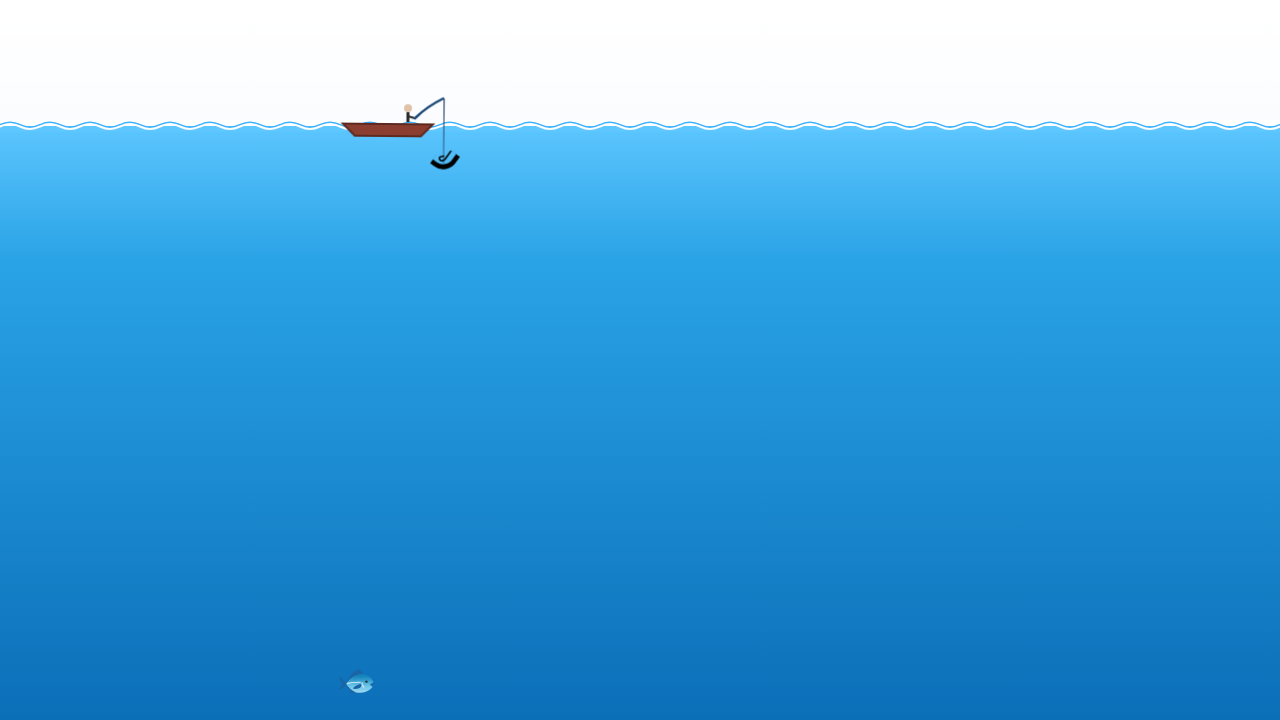
Repository: DeepFriedTurkey441/fd_game_project
Page: index.html
The author's editor kept a copy of each file at every save. The page is drawn from the files as they stood at one save, then again after the next save.
The browser window is 1280 px wide. The pictures show the whole page.

Above is the page before, as saved 2025-09-22 14:25:22.

### index.html
<!DOCTYPE html>
<html lang="en">
<head>
  <meta charset="UTF-8">
  <title>Fish Dodge</title>
  <link rel="stylesheet" href="style.css">
</head>
<body>
  <div id="game">
    <div id="air" aria-hidden="true"></div>
    <div id="waterline" aria-hidden="true"></div>
    <div class="boat" aria-label="small fishing boat" title="Fishing boat" style="left: 26vw;">
      <svg viewBox="0 0 120 60" xmlns="http://www.w3.org/2000/svg" aria-hidden="true">
        <!-- hull -->
        <path d="M10 40 L100 40 L88 52 L22 52 Z" fill="#8b3e2f" stroke="#5e291f" stroke-width="2"/>
        <!-- fisherman (simple) -->
        <circle cx="75" cy="24" r="4" fill="#e0c2a8"/>
        <path d="M75 28 L75 38" stroke="#2b2b2b" stroke-width="3"/>
        <path d="M75 32 L82 34" stroke="#2b2b2b" stroke-width="2"/>
        <!-- fishing rod (angled out over water) -->
        <path d="M82 34 Q 94 22 110 14" stroke="#1f4b7a" stroke-width="2.5" fill="none" stroke-linecap="round"/>
      </svg>
      <div class="line" aria-hidden="true"></div>
      <svg class="hook" aria-hidden="true" viewBox="0 0 24 36">
        <!-- J‑shaped hook: black stroke, no fill -->
        <path d="M16 2 V20 C16 30 6 32 5 24" fill="none" stroke="#000" stroke-width="3.2" stroke-linecap="round"/>
        <!-- Barb -->
        <path d="M6 23 L10 18" fill="none" stroke="#000" stroke-width="3" stroke-linecap="round"/>
      </svg>
    </div>
    <div id="fish" aria-label="fish"><span class="sprite" aria-hidden="true">🐟</span></div>
  </div>
  <script src="script.js"></script>
</body>
</html>

### style.css
/* Basic starter styling */
body {
    margin: 0;
    font-family: sans-serif;
    background-color: #0a3454;
    color: #fff;
  }

#game {
    position: relative;
    width: 100vw;
    height: 100vh;
    overflow: hidden;
    background: linear-gradient(#f9fbff 0%, #eaf3ff 16.66%, #5ec7ff 16.66%, #2aa3e6 36%, #0b6fb8 100%);
  }

/* Air overlay (top 1/6) to ensure a whitish sky */
#air {
    position: absolute;
    left: 0; right: 0;
    top: 0;
    /* Extend slightly past the waterline so crests have white behind them */
    height: calc(100vh / 6 + 12px);
    background: linear-gradient(to bottom, rgba(255,255,255,0.98), rgba(255,255,255,0.75));
    z-index: 1;
    pointer-events: none;
  }

/* Waterline at 1/6 of the viewport height from the top */
#waterline {
    position: absolute;
    left: 0; right: 0;
    top: calc(100vh / 6);
    height: 12px;
    z-index: 2;
    pointer-events: none;
    /* Squiggly wave on top of a 2-color band: white above, light blue below */
    background:
      url("data:[embedded picture, 376 characters]") repeat-x center,
      linear-gradient(to bottom, rgba(255,255,255,0.98) 0%, rgba(255,255,255,0.98) 50%, rgba(94,199,255,1) 50%, rgba(94,199,255,1) 100%);
    background-size: 80px 12px, 100% 100%;
  }

/* Boat at surface */
  .boat {
    position: absolute;
    top: calc(100vh / 6 - 34px); /* float a bit higher above ripple */
    width: 120px; height: 60px;
    transform-origin: 50% 50%;
    animation: bob 3.2s ease-in-out infinite;
    z-index: 3; /* above line; fish swims under */
    pointer-events: none;
  }
  .boat svg { width: 100%; height: 100%; display: block; }
  .boat .line {
    position: absolute;
    left: 110px; /* exact rod tip in SVG coords */
    top: 14px;
    width: 2px;
    height: calc(100vh - (100vh / 6)); /* down to bottom */
    background: linear-gradient(to bottom, rgba(30,60,100,0.6), rgba(30,60,100,0.3));
    transform-origin: top;
    z-index: 2; /* between ripple and fish */
  }
  .boat .hook {
    position: absolute;
    left: 104px; /* near line x - half hook width */
    top: 14px;   /* start at rod tip; JS repositions */
    width: 16px; height: 18px;
    border-bottom: 5px solid #000000; /* thicker for visibility */
    border-right: 5px solid #000000;
    border-radius: 0 0 16px 0;
    transform: rotate(35deg);
    z-index: 3;
  }
  .boat .hook .barb {
    position: absolute;
    right: -2px; bottom: 0;
    width: 10px; height: 10px;
    border-right: 5px solid #000000;
    border-bottom: 3px solid transparent;
    transform: rotate(-55deg);
  }

@keyframes bob {
  0%   { transform: translateY(0) rotate(-0.6deg); }
  50%  { transform: translateY(-2px) rotate(0.6deg); }
  100% { transform: translateY(0) rotate(-0.6deg); }
}

#fish {
    position: absolute;
    left: 24px;
    top: 50vh;
    transform: translateY(-50%);
    font-size: 32px;
    line-height: 1;
    user-select: none;
    z-index: 3;
  }
  #fish .sprite { display: inline-block; font-size: 32px; width: 1em; height: 1em; }
  /* Emoji orientation mappings */
  /* Most platforms render 🐟 facing left by default (head on left). */
  #fish .face-left { transform: scaleX(1); }
  #fish .face-right { transform: scaleX(-1); }

### script.js
// Fish movement prototype: slow downward drift, space = up/forward, 3 speeds (←/→)
(function () {
  const fish = document.getElementById('fish');
  const sprite = fish ? fish.querySelector('.sprite') : null;
  const boat = document.querySelector('.boat');
  const lineEl = boat ? boat.querySelector('.line') : null;
  const hookEl = boat ? boat.querySelector('.hook') : null;
  if (!fish) return;

  // Ensure fish faces right
  // using CSS flip on child span; no need to set text here

  const BASE_SPEEDS = [1, 3, 6];
  let speedIndex = 0;
  let dir = 1; // 1 = left→right, -1 = right→left
  let speed = BASE_SPEEDS[speedIndex]; // signed pixels/frame after scaling

  let x = 24;
  let y = window.innerHeight * 0.5;
  let vy = 0;
  let spacePressed = false;
  let paused = false;
  function getFishHalfHeight() {
    try {
      const rect = (sprite || fish).getBoundingClientRect();
      return Math.max(8, (rect.height || 32) / 2);
    } catch (_) {
      return 16; // fallback for early frames
    }
  }

  // Tunables
  function scale() { return Math.max(0.8, Math.min(2.0, window.innerWidth / 1200)); }
  function gravity() { return 0.12 * scale(); } // slow drift downward
  function maxFall() { return 3.0 * scale(); }
  function maxRise() { return -4.0 * scale(); }

  function wrapX(nx) {
    const w = window.innerWidth;
    if (nx > w) return nx - w;
    if (nx < 0) return nx + w;
    return nx;
  }

  function updateSpeed() {
    speed = dir * (BASE_SPEEDS[speedIndex] * scale());
    // Update facing based on direction
    if (sprite) {
      if (dir === 1) {
        sprite.classList.remove('face-left');
        sprite.classList.add('face-right');
      } else {
        sprite.classList.remove('face-right');
        sprite.classList.add('face-left');
      }
    }
  }

  function loop() {
    if (paused) { requestAnimationFrame(loop); return; }
    // Horizontal progress
    x = wrapX(x + speed);

    // Vertical physics
    if (spacePressed) {
      vy = Math.max(maxRise(), vy - 0.45 * scale());
    } else {
      vy = Math.min(maxFall(), vy + gravity());
    }
    // Compute waterline as top at 1/6 viewport height
    const waterlineY = window.innerHeight / 6;
    // Keep the fish's center at least one pixel below the waterline + half its height
    const halfH = getFishHalfHeight();
    const topClamp = Math.max(0, waterlineY + halfH + 1);
    const bottomClamp = window.innerHeight - 40;
    y = Math.max(topClamp, Math.min(bottomClamp, y + vy));

    // Render
    fish.style.left = x + 'px';
    fish.style.top = y + 'px';

    // Simple jig animation for hook: hold near bottom, then hop upward irregularly
    animateHook();

    requestAnimationFrame(loop);
  }

  // --- Fishing line + hook motion ---
  let hookState = { phase: 'drop', targetY: 0, lastChange: 0 };
  function animateHook() {
    if (!lineEl || !hookEl) return;
    const now = performance.now();
    const waterTop = window.innerHeight / 6;
    const bottom = window.innerHeight - 4;
    // Anchor positions at rod tip in page coords
    const boatRect = boat.getBoundingClientRect();
    const rodTip = { x: boatRect.left + 110, y: boatRect.top + 14 };
    if (hookState.phase === 'drop') {
      // Ensure line spans to bottom and hook sits near bottom
      lineEl.style.height = (bottom - rodTip.y) + 'px';
      hookEl.style.left = (rodTip.x - boatRect.left - 8) + 'px';
      hookEl.style.top = (rodTip.y - boatRect.top + (bottom - rodTip.y) - 18) + 'px';
      hookState.phase = 'jig';
      hookState.lastChange = now;
      hookState.targetY = bottom - 30;
      return;
    }
    // Jigging: random small upward hops, then fall back
    const hookRect = hookEl.getBoundingClientRect();
    const hookY = hookRect.top + hookRect.height / 2;
    if (now - hookState.lastChange > 600 + Math.random() * 600) {
      hookState.targetY = Math.max(waterTop + 60, hookY - (30 + Math.random() * 60));
      hookState.lastChange = now;
    }
    // Move toward targetY smoothly
    const dy = (hookState.targetY - hookY) * 0.14;
    const newTop = hookY + dy;
    const maxTop = bottom - 12;
    const clampedTop = Math.min(maxTop, Math.max(waterTop + 40, newTop));
    // Position hook (absolute within boat) using page→boat coordinates
    const newHookTop = clampedTop - hookRect.height / 2;
    hookEl.style.top = (newHookTop - boatRect.top) + 'px';

    // Reel-in effect: simply shorten the line element height to the hook
    const visibleHeight = Math.max(0, (newHookTop + hookRect.height / 2) - rodTip.y);
    lineEl.style.height = visibleHeight + 'px';
  }

  document.addEventListener('keydown', (e) => {
    switch (e.key) {
      case ' ': // surge
        if (!spacePressed) {
          spacePressed = true;
          vy = Math.max(maxRise(), vy - 2.2 * scale());
          fish.style.transform = 'translateY(-50%) scale(1.04) rotate(-3deg)';
        }
        break;
      case 'p':
        paused = !paused;
        break;
      case 'ArrowRight':
        if (dir === 1) {
          // Already moving right: speed up until max
          speedIndex = Math.min(BASE_SPEEDS.length - 1, speedIndex + 1);
        } else {
          // Moving left: step down speed; if already at slowest, flip to right slow
          if (speedIndex > 0) {
            speedIndex -= 1;
          } else {
            dir = 1; // flip direction
            speedIndex = 0; // start at slowest in new direction
          }
        }
        updateSpeed();
        break;
      case 'ArrowLeft':
        if (dir === -1) {
          // Already moving left: speed up until max
          speedIndex = Math.min(BASE_SPEEDS.length - 1, speedIndex + 1);
        } else {
          // Moving right: step down speed; if already at slowest, flip to left slow
          if (speedIndex > 0) {
            speedIndex -= 1;
          } else {
            dir = -1; // flip direction
            speedIndex = 0; // start at slowest in new direction
          }
        }
        updateSpeed();
        break;
    }
  });
  document.addEventListener('keyup', (e) => {
    if (e.key === ' ') {
      spacePressed = false;
      fish.style.transform = 'translateY(-50%)';
    }
  });

  window.addEventListener('resize', () => {
    x = Math.min(x, window.innerWidth - 40);
    // Re-apply clamp relative to new waterline and fish size
    const waterlineY = window.innerHeight / 6;
    const halfH = getFishHalfHeight();
    const topClamp = Math.max(0, waterlineY + halfH + 1);
    const bottomClamp = window.innerHeight - 40;
    y = Math.max(topClamp, Math.min(bottomClamp, y));
    updateSpeed();
    // Recompute line length on resize
    if (lineEl && boat) {
      const bottom = window.innerHeight - 4;
      const boatRect = boat.getBoundingClientRect();
      const rodTipY = boatRect.top + 14;
      lineEl.style.height = (bottom - rodTipY) + 'px';
    }
  });

  // Init
  updateSpeed();
  // Ensure initial facing matches starting direction (right)
  if (sprite) { sprite.classList.add('face-right'); }
  loop();
})();

After the next save:
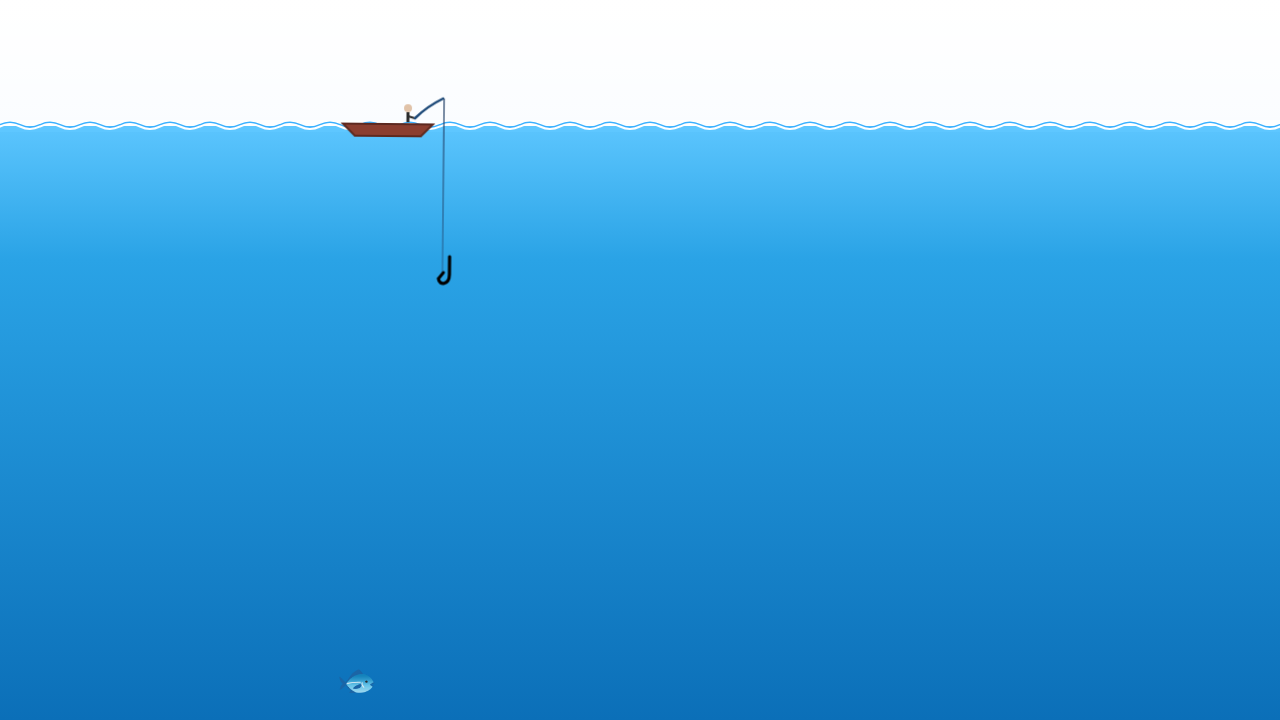
Saved 13 s later.
--- a/style.css
+++ b/style.css
@@ -64,23 +64,13 @@ body {
   }
   .boat .hook {
     position: absolute;
-    left: 104px; /* near line x - half hook width */
-    top: 14px;   /* start at rod tip; JS repositions */
-    width: 16px; height: 18px;
-    border-bottom: 5px solid #000000; /* thicker for visibility */
-    border-right: 5px solid #000000;
-    border-radius: 0 0 16px 0;
-    transform: rotate(35deg);
+    left: 100px; /* adjusted for SVG viewBox */
+    top: 14px;
+    width: 24px; height: 36px;
     z-index: 3;
+    display: block;
   }
-  .boat .hook .barb {
-    position: absolute;
-    right: -2px; bottom: 0;
-    width: 10px; height: 10px;
-    border-right: 5px solid #000000;
-    border-bottom: 3px solid transparent;
-    transform: rotate(-55deg);
-  }
+  .boat .hook path { vector-effect: non-scaling-stroke; }
 
 @keyframes bob {
   0%   { transform: translateY(0) rotate(-0.6deg); }
